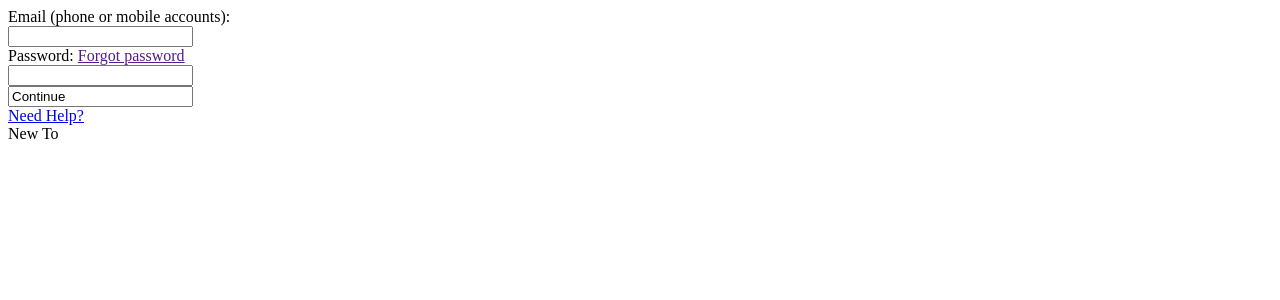
Repository: brittmarie333/replica
Page: index.html
These files come from the project's save history. The page is drawn as it stood at one moment and after a run of saves; the edit follows.
The browser window is 1280 px wide. The pictures show the whole page.

Above is the page before, as saved 2023-11-12 16:50:20.

### index.html
<!DOCTYPE html>
<html lang="en">
<head>
    <meta charset="UTF-8">
    <meta name="viewport" content="width=device-width, initial-scale=1.0">
    <title>Log in</title>
</head>
<body>
    <form action="/data.php">
        <label for="username">Email (phone or mobile accounts):</label><br>
        <input type="text" id="fname" name="fname"><br>
        <label for="pword">Password: </label> <text align="right"><a href="">Forgot password</a></text><br>
        <input type="text" id="lname" name="lname" ><br>
        <input type="Continue" value="Continue">
        <br>
        <a href="http">Need Help?</a>
      </form>
      New To



</body>
</html>

After the next 5 saves:
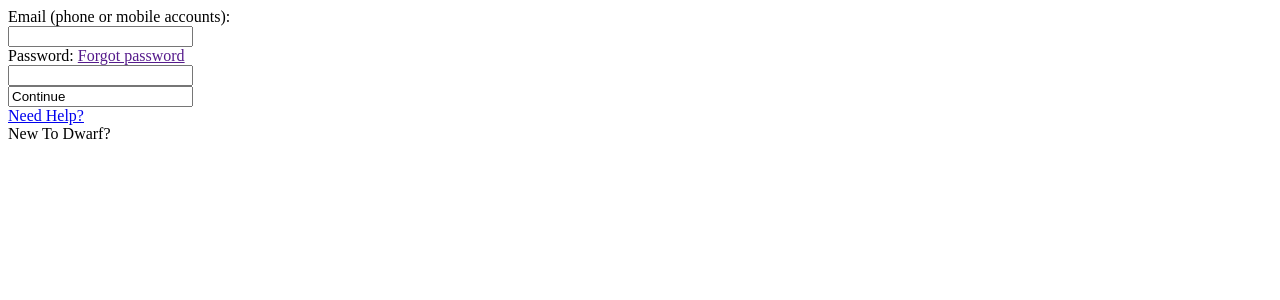
The 5 saves are shown as one change because they came seconds apart.
The last was saved 17 s later.
--- a/index.html
+++ b/index.html
@@ -15,7 +15,9 @@
         <br>
         <a href="http">Need Help?</a>
       </form>
-      New To
+      New To Dwarf?
+      <br>
+
 
 
 
